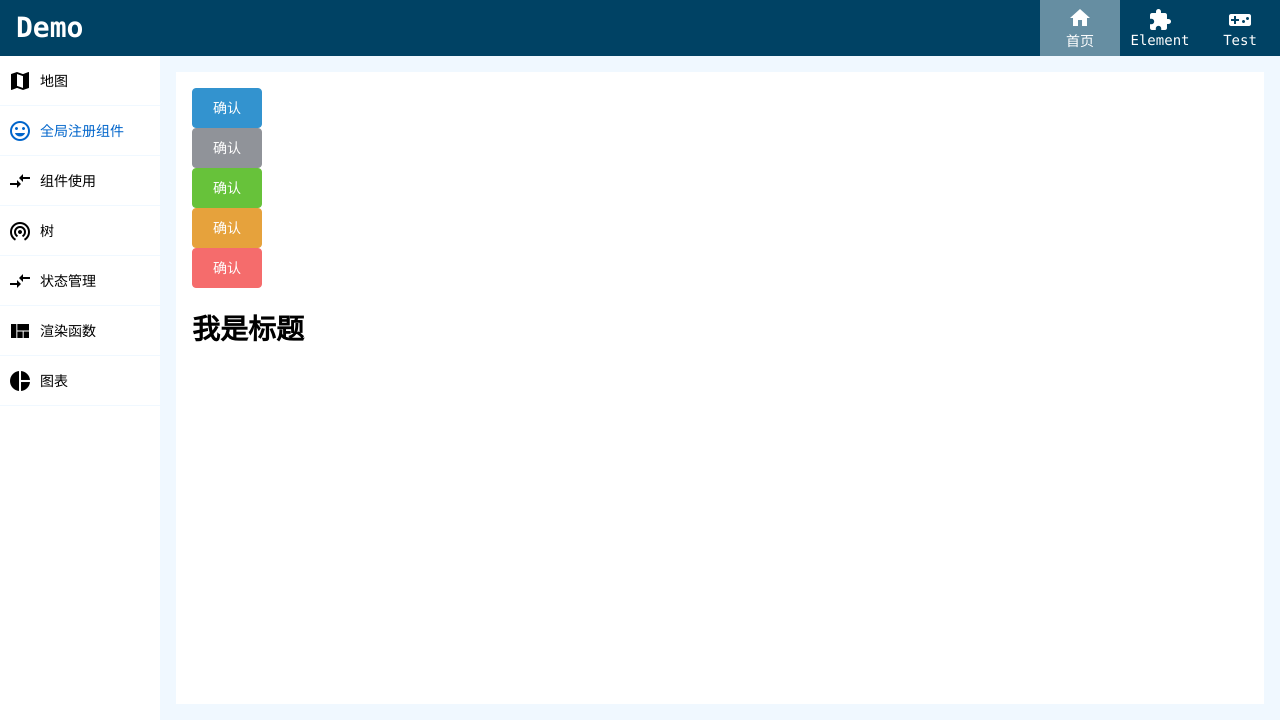
Repository: zh-webliker/element-vue
Page: /Main/Icon
The author's editor kept a copy of each file at every save. The page is drawn from the files as they stood at one save, then again after the next save.
The browser window is 1280 px wide. The pictures show the whole page.
The project was rebuilt for these pictures with package versions that can differ from the ones it lists, and the page was loaded fresh each time. Also part of the build but not shown: vue.config.js. Imported but missing from the stored project, and not drawn on this page: src/json/contour, src/json/hl.

Above is the page before, as saved 2020-09-11 16:56:32.

After the next save:
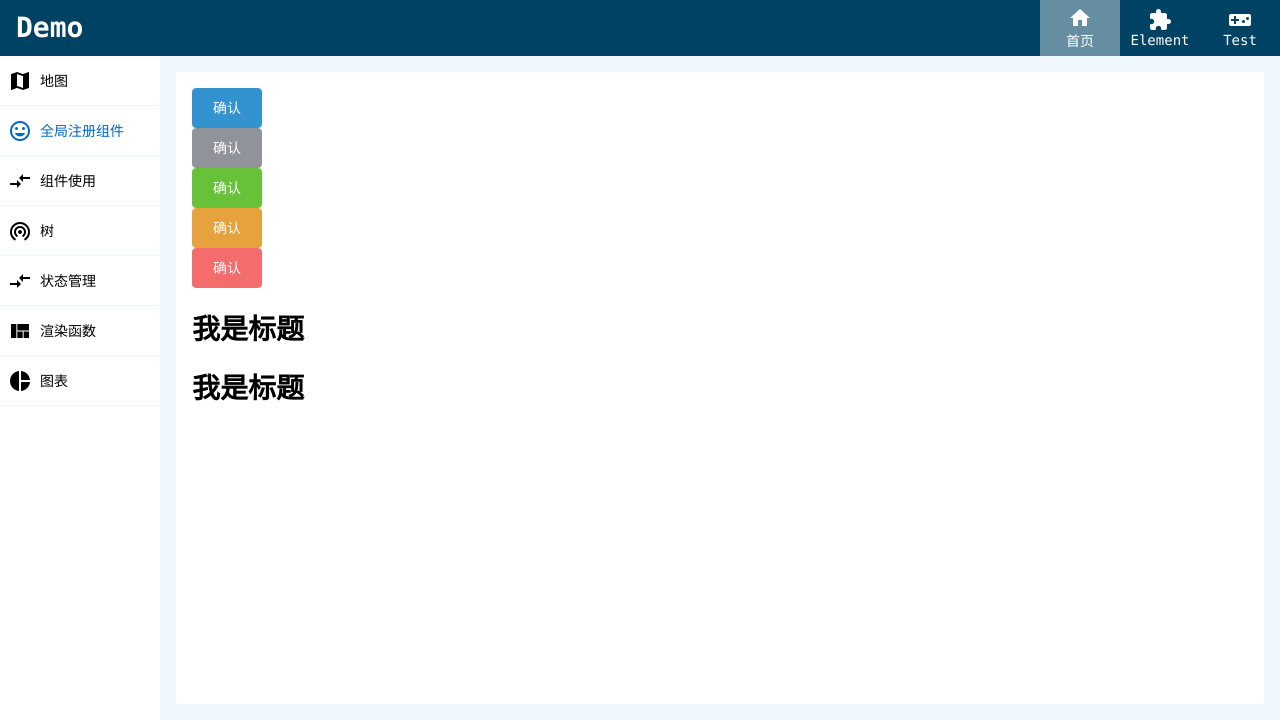
Saved 51 s later.
--- a/src/views/main/Icon.vue
+++ b/src/views/main/Icon.vue
@@ -7,6 +7,7 @@
     <Basebutton type='danger'></Basebutton>
     <Basetitle>
       <slot><h1>我是标题</h1></slot>
+      <h1>我是标题</h1>
     </Basetitle>
   </div>
 </template>

After the save that followed:
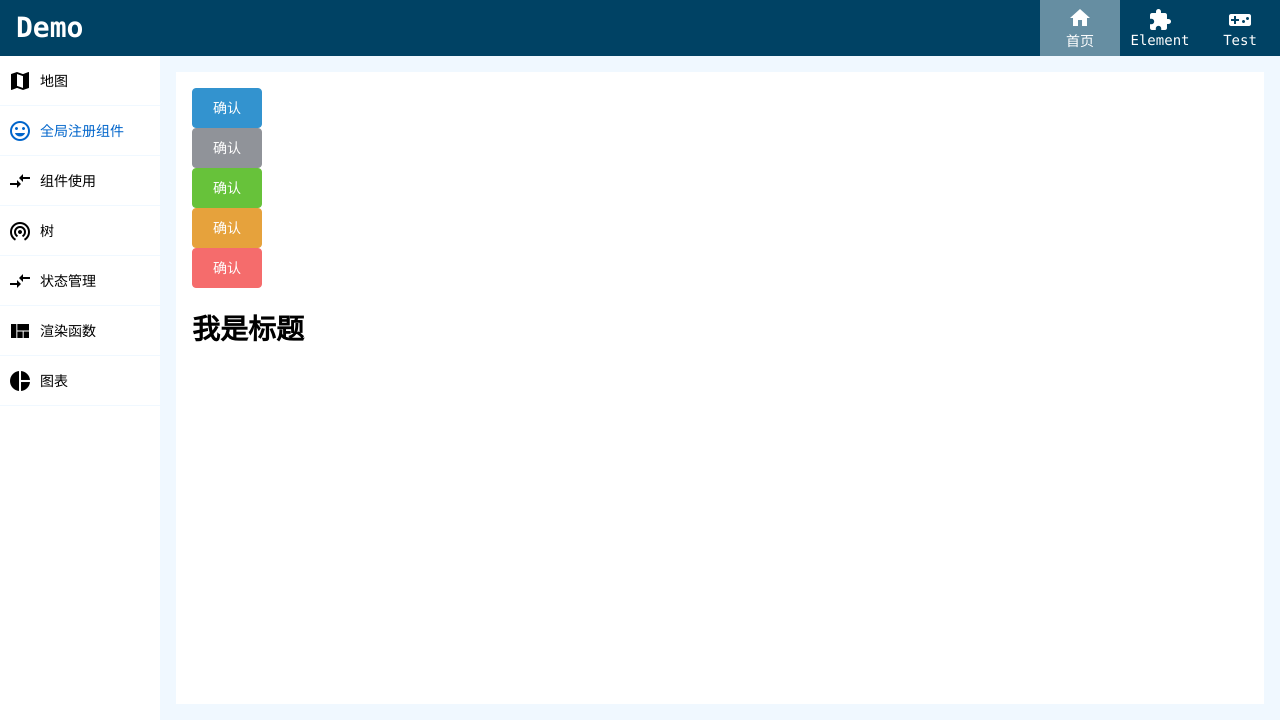
Saved 7 s later.
--- a/src/views/main/Icon.vue
+++ b/src/views/main/Icon.vue
@@ -7,7 +7,7 @@
     <Basebutton type='danger'></Basebutton>
     <Basetitle>
       <slot><h1>我是标题</h1></slot>
-      <h1>我是标题</h1>
+      <!-- <h1>我是标题</h1> -->
     </Basetitle>
   </div>
 </template>
